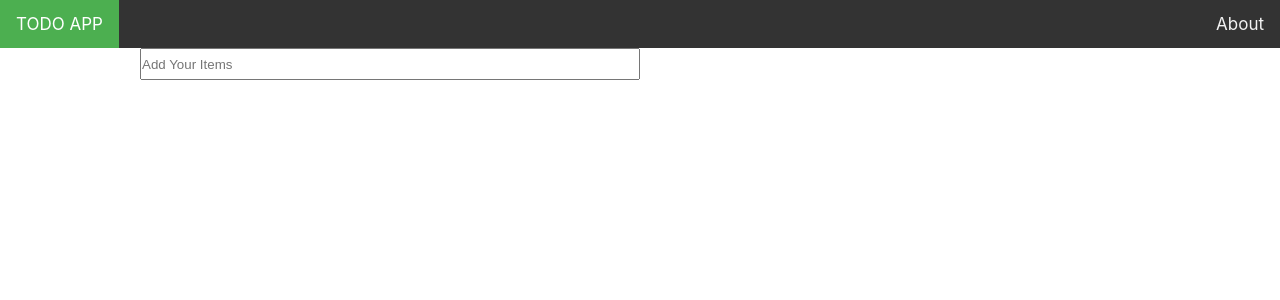
Repository: hoangphuong965/myTodoList
Page: /
The author's editor kept a copy of each file at every save. The page is drawn from the files as they stood at one save, then again after the next save.
The browser window is 1280 px wide. The pictures show the whole page.
The project was rebuilt for these pictures with package versions that can differ from the ones it lists, and the page was loaded fresh each time.

Above is the page before, as saved 2020-06-01 09:33:07.

After the next save:
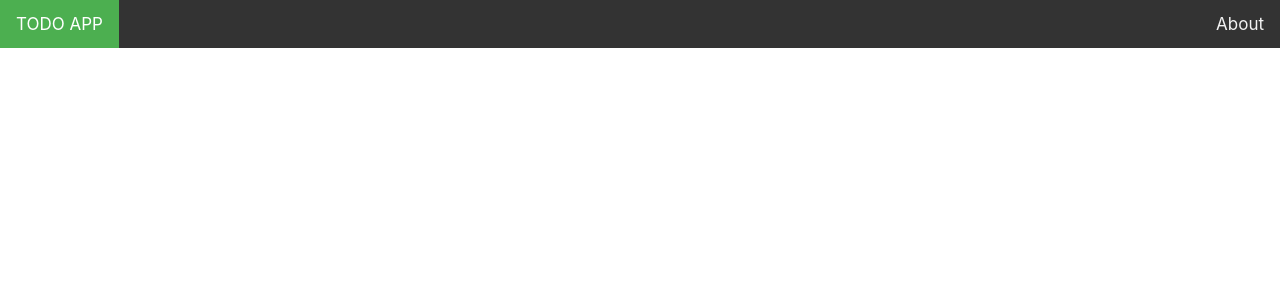
Saved 23 s later.
--- a/src/components/TodoInput.js
+++ b/src/components/TodoInput.js
@@ -5,7 +5,7 @@
         return (
             <div className="input">
                 <form className="form">
-                    <input type="text" className="input" placeholder="Add Your Items"/>
+
                 </form>
             </div>
         )

After the 2 saves that followed:
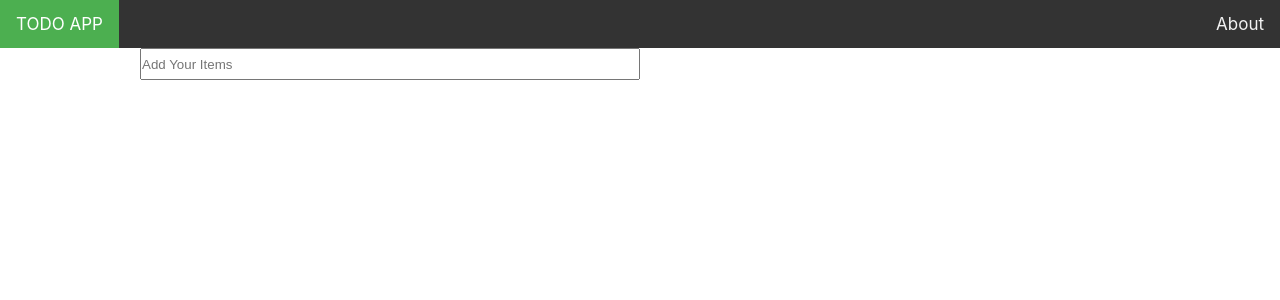
The 2 saves are shown as one change because 1 left the picture as it was.
The last was saved 10 s later.
--- a/src/components/TodoInput.js
+++ b/src/components/TodoInput.js
@@ -1,13 +1,15 @@
-import React, { Component } from 'react';
+import React, { Component } from "react";
 
 export default class TodoInput extends Component {
-    render() {
-        return (
-            <div className="input">
-                <form className="form">
-
-                </form>
-            </div>
-        )
-    }
+  render() {
+    return (
+      <div className="input">
+        <form className="form">
+          <div>
+            <input type="text" className="input" placeholder="Add Your Items" />
+          </div>
+        </form>
+      </div>
+    );
+  }
 }
